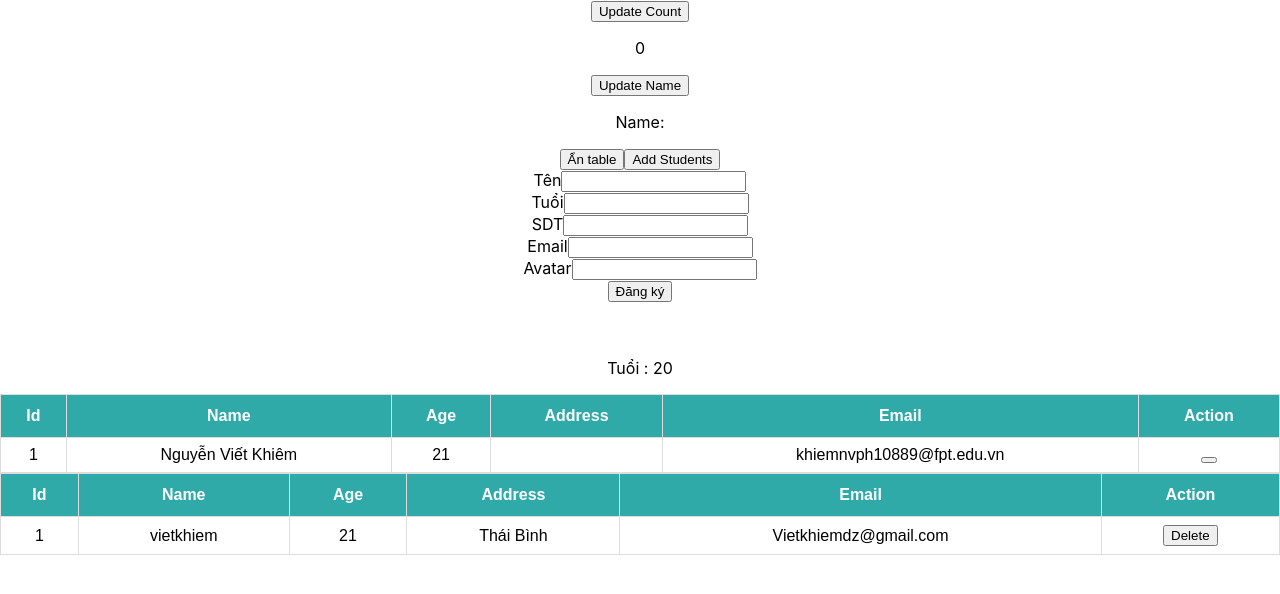
Repository: vietkhiem/TypeScript
Page: /
An editor plug-in stored every save of this project. The page is shown before and after a run of saves, followed by the edit.
The browser window is 1280 px wide. The pictures show the whole page.
The project was rebuilt for these pictures with package versions that can differ from the ones it lists, and the page was loaded fresh each time.

Above is the page before, as saved 2022-03-18 20:30:27.

### src/App.tsx
import React, {useState} from 'react';
import './App.css';
import Login from './pages/login';
import TableCustom from './pages/table';

type Student = {
  name: string,
  age: number,
  address: string,
  phone: number
}

function App() {
  const [count, setCount] = useState<number>(0);
  const [name, setName] = useState<string>('');
  //state trang thai hien thi bang
  const [isShowTable, setShowTable] = useState<boolean>(true);
  const studentsData = [
    {
      name: 'vietkhiem',
      age: 21,
      address: 'Thái Bình',
      email: 'Vietkhiemdz@gmail.com',
      action: 'Delete'
    }
  ]
  return (
    <div className="App">
      <button onClick={() => setCount(count+1)}>Update Count</button>
        <p>{count}</p>

      <button onClick={() => setName('viet khiem')}>Update Name</button>
        <p>Name: {name}</p>

        <button onClick={() => setShowTable(!isShowTable)}>
        {isShowTable === true ? 'Ẩn' : 'Hiện'}  table</button>

        <button>Add Students</button>
      {/* thêm view login vào trong App.tsx */}
        <Login />
        {/* thêm components table vào app */}
        {
          isShowTable === true
        ? <TableCustom rows={studentsData} />
        :null
        }

    </div>
  );
}

export default App;

### src/App.css
.App {
  text-align: center;
}

.App-link {
  color: #61dafb;
}

@keyframes App-logo-spin {
  from {
    transform: rotate(0deg);
  }
  to {
    transform: rotate(360deg);
  }
}
.customers {
  font-family: Arial, Helvetica, sans-serif;
  border-collapse: collapse;
  width: 100%;
}

.customers td, .customers th {
  border: 1px solid #ddd;
  padding: 8px;
}

.customers tr:nth-child(even){background-color: #f2f2f2;}

.customers tr:hover {background-color: #ddd;}

.customers th {
  padding-top: 12px;
  padding-bottom: 12px;
  text-align: center;
  background-color: rgb(48, 169, 169);
  color: white;
}

### src/pages/login/index.tsx
import React, {useState, Fragment } from 'react'
import Table from '../table';

const Student = () => {
  type studenType = {
    name: string
    age: number
    phone: string
    email: string
  }
  const [data, setData] = useState<studenType[]>([
    {
      name: 'Nguyễn Viết Khiêm',
      age: 21,
      phone: '0965225408',
      email: 'khiemnvph10889@fpt.edu.vn',
    }
  ])
  const removeProduct = (id: number) => {
    console.log(id)
  }
  type info = {
    age: number
  }
  const showAge = (props: info): number => {
    return props.age
  }
  const [isShowTable, SetShowTable] = useState<boolean>(true)
  const [namevalue, setname] = useState<string>('')
  const [agevalue, setage] = useState<string>('')
  const [phonevalue, setphone] = useState<string>('')
  const [emailvalue, setemail] = useState<string>('')
  const [avatarvalue, setavatar] = useState<string>('')
  const onSubmit = (): any => {
    const datanew: any = {
      name: namevalue,
      age: +agevalue,
      phone: phonevalue,
      email: emailvalue,
      avatar: avatarvalue,
    }
    console.log(datanew);

    setData([...data,datanew])
  }
  return (
    <>
      <div className="w-[1200px] mx-auto">
        <form action="">
          <div>
            <label htmlFor="">Tên</label>
            <input
              onChange={(e) => setname(e.target.value)}
              className="border border-2 border-black"
              type="text"
            />
          </div>
          <div className="mt-4">
            <label htmlFor="">Tuổi</label>
            <input
              onChange={(e) => setage(e.target.value)}
              className="border border-2 border-black"
              type="number"
            />
          </div>
          <div className="mt-4">
            <label htmlFor="">SDT</label>
            <input
              onChange={(e) => setphone(e.target.value)}
              className="border border-2 border-black"
              type="text"
            />
          </div>
          <div className="mt-4">
            <label htmlFor="">Email</label>
            <input
              onChange={(e) => setemail(e.target.value)}
              className="border border-2 border-black"
              type="email"
            />
          </div>
          <div className="mt-4">
            <label htmlFor="">Avatar</label>
            <input
              onChange={(e) => setavatar(e.target.value)}
              className="border border-2 border-black"
              type="text"
            />
          </div>
          <button
            onClick={(e) => {
              onSubmit()
              e.preventDefault()
            }}
            className="mt-4  border-2 border-black"
          >
            Đăng ký
          </button>
        </form>
        <br />
        {/* <button
          onClick={() => {
            SetShowTable(!isShowTable)
          }}
          className="btn-delete text-red-600 font-semibold border border-2 border-black"
        >
          {isShowTable === true ? 'Ẩn' : 'Hiện'} Bảng
        </button> */}
        <br />
        <p>Tuổi : {showAge({ age: 20 })}</p>
        {isShowTable && <Table rows={data} />}
      </div>
    </>
  )
}

export default Student;

### src/pages/table/index.tsx
import React from "react";

type row = {
  name: string,
  age: number,
  address: string,
  email: string,
  action: string
}
type TableProps = {
  rows: row[]
}
function Table({rows} : TableProps) {
    return (
      <>
        <table className="customers">
          <thead>
              <tr>
                <th>Id</th>
                <th>Name</th>
                <th>Age</th>
                <th>Address</th>
                <th>Email</th>
                <th>Action</th>
              </tr>
          </thead>
          <tbody>
              {
                rows.map((row, index) => (
                  <tr key={index}>
                    <td>{index +1}</td>
                    <td>{row.name}</td>
                    <td>{row.age}</td>
                    <td>{row.address}</td>
                    <td>{row.email}</td>
                    <td>
                      <button>{row.action}</button>
                    </td>
                  </tr>
                ))
              }
          </tbody>
        </table>
      </>
    );
}
export default Table;

Loaded but not shown: public/index.html (common file); src/index.tsx (common file); src/index.css (common file); src/reportWebVitals.ts (common file)

After the next 2 saves:
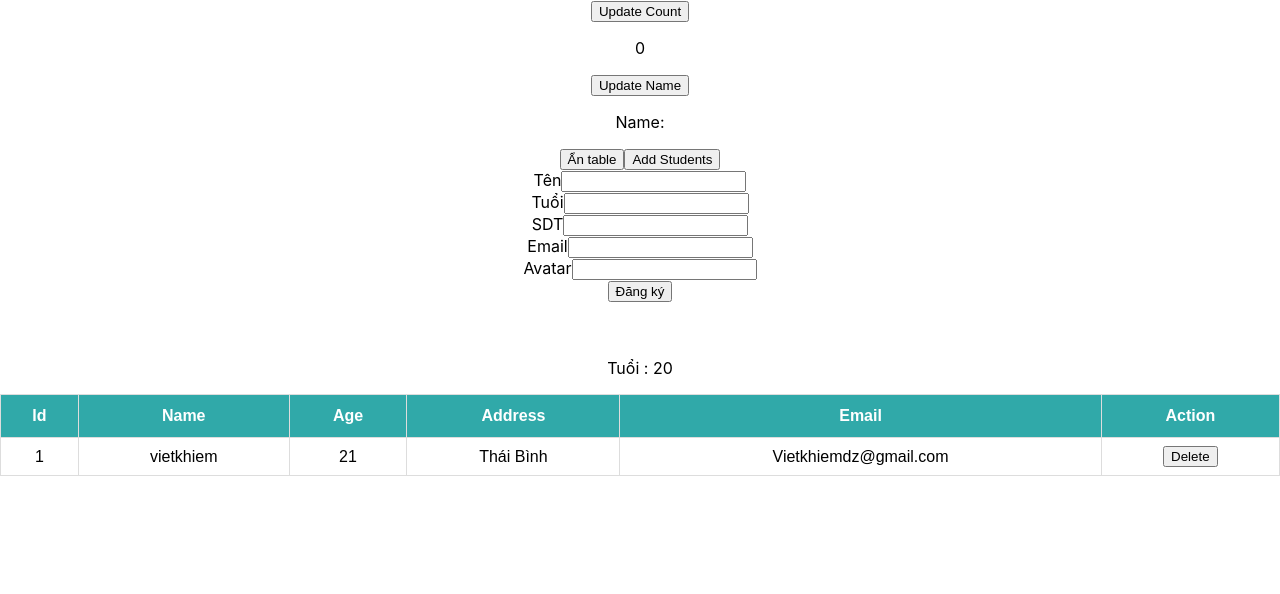
The 2 saves are shown as one change because 1 did not build or start.
The last was saved 3 min 12 s later.
--- a/src/pages/login/index.tsx
+++ b/src/pages/login/index.tsx
@@ -98,17 +98,8 @@ const Student = () => {
           </button>
         </form>
         <br />
-        {/* <button
-          onClick={() => {
-            SetShowTable(!isShowTable)
-          }}
-          className="btn-delete text-red-600 font-semibold border border-2 border-black"
-        >
-          {isShowTable === true ? 'Ẩn' : 'Hiện'} Bảng
-        </button> */}
         <br />
         <p>Tuổi : {showAge({ age: 20 })}</p>
-        {isShowTable && <Table rows={data} />}
       </div>
     </>
   )
